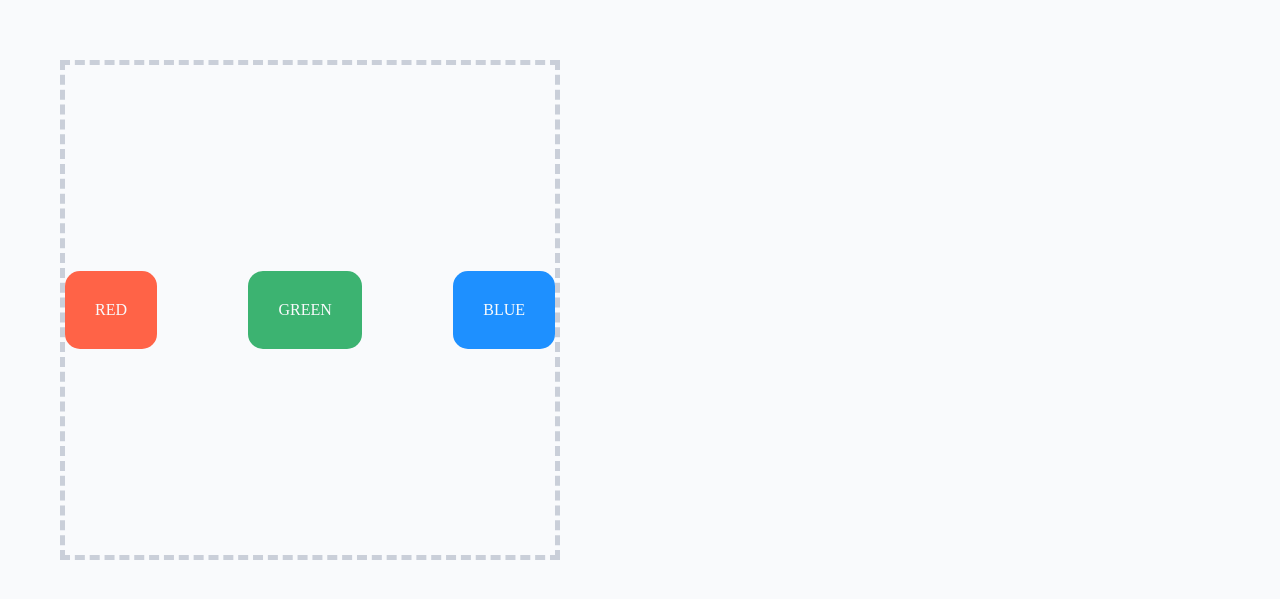
Repository: skybluelion/KB
Page: KB/work05_front/front03_css3_layout/src/main/webapp/css03_flexbox3.html
The author's editor kept a copy of each file at every save. The page is drawn from the files as they stood at one save, then again after the next save.
The browser window is 1280 px wide. The pictures show the whole page.

Above is the page before, as saved 2023-04-10 06:59:07.

### KB/work05_front/front03_css3_layout/src/main/webapp/css03_flexbox3.html
<!--
flex-direction으로 요소의 방향을 지정한다. row가 기본
이 때, 기본축 방향으로는 순서대로 배치되고
교차축 방향으로는 꽉채워서 배치된다.

요소들의 정렬
justify-content
 -->


<!DOCTYPE html>
<html>
<head>
<meta charset="UTF-8">
<title>Insert title here</title>
<style type="text/css">
	*{
		box-sizing: border-box;
	}
	body{
		background-color: #f9fafc;
		margin: 60px;
	}
	.container{
		border: 5px dashed #cacfd9;
		width: 500px;
		height: 500px;

		display: flex;
		/* 기본 축 정렬은  justify-content */
		justify-content: space-between;

		/* 교차 축 정렬은 align-items */
		align-items: center;

	}
	.box{
		border-radius: 15px;
		color: #f9fafc;
		padding: 30px;
	}
	.red{
		background-color: Tomato;
	}
	.green{
	 	background-color: MediumSeaGreen;

	 }
	 .blue{
	 	background-color: DodgerBlue;
	 }
</style>
</head>
<body>
<div class="container">
	<div class="red box">RED</div>
	<div class="green box">GREEN</div>
	<div class="blue box">BLUE</div>
</div>
</body>
</html>

After the next save:
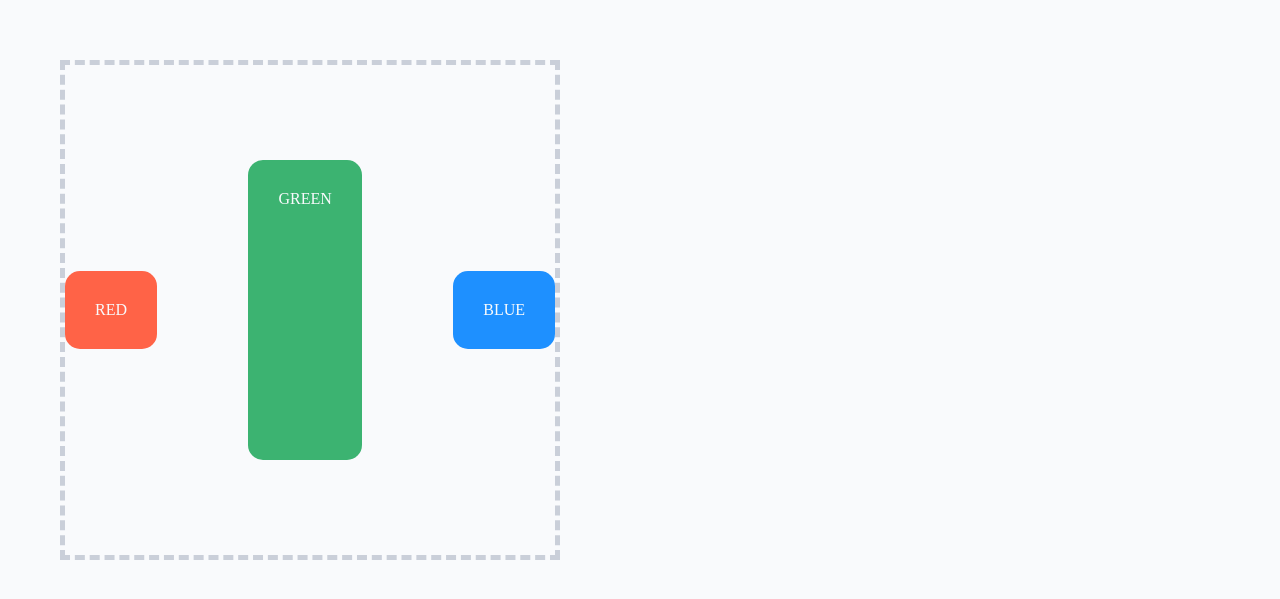
Saved 18 s later.
--- a/KB/work05_front/front03_css3_layout/src/main/webapp/css03_flexbox3.html
+++ b/KB/work05_front/front03_css3_layout/src/main/webapp/css03_flexbox3.html
@@ -44,7 +44,7 @@ justify-content
 	}
 	.green{
 	 	background-color: MediumSeaGreen;
-
+	 	height: 300px;
 	 }
 	 .blue{
 	 	background-color: DodgerBlue;
